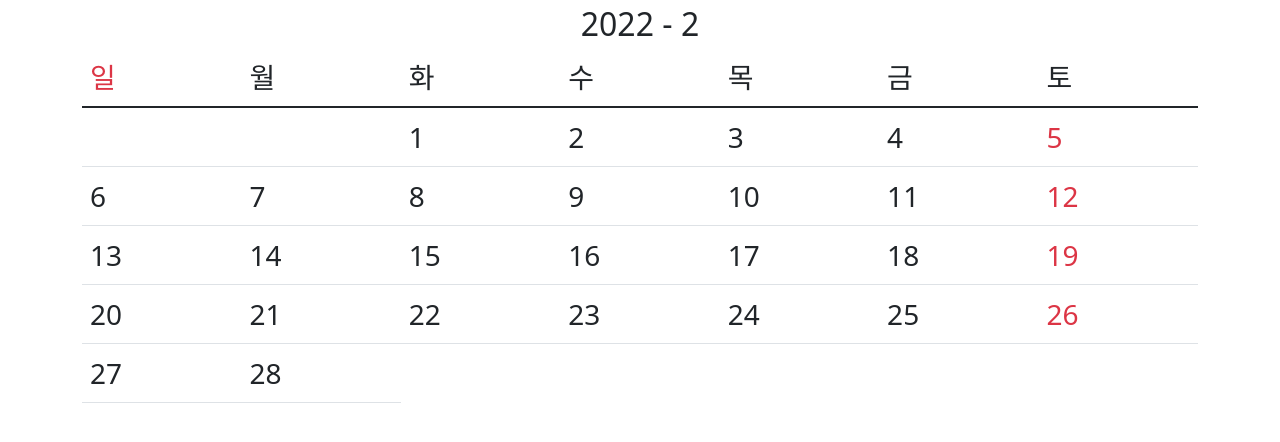
Repository: Visionary1/fullstack-dev-study
Page: http://localhost/Test/lesson02/quiz10.jsp
An editor plug-in stored every save of this project. The page is shown before and after the next save, followed by the edit.
The browser window is 1280 px wide. The pictures show the whole page.
The page is served by Tomcat 9.

Above is the page before, as saved 2022-02-13 18:10:17.

### 4_servlet/workspace/Test/src/main/webapp/lesson02/quiz10.jsp
<%@ page language="java" contentType="text/html; charset=UTF-8" pageEncoding="UTF-8"%>

<%@ page import="java.util.*"%>

<!DOCTYPE html>
<html>
<head>
<meta charset="UTF-8">
<title>Insert title here</title>
<link href="https://cdn.jsdelivr.net/npm/bootstrap@5.1.3/dist/css/bootstrap.min.css" rel="stylesheet">
<script src="https://cdn.jsdelivr.net/npm/bootstrap@5.1.3/dist/js/bootstrap.bundle.min.js"></script>
</head>
<body>

	<%
	Calendar cal = Calendar.getInstance();

	// 월의 첫날
	cal.set(Calendar.DAY_OF_MONTH, 1);

	//그 주의 요일 반환 (일:1 ~ 토:7)
	int week = cal.get(Calendar.DAY_OF_WEEK);

	//몇 주 있는지
	int weekSize = cal.getActualMaximum(Calendar.WEEK_OF_MONTH);

	// 마지막 날짜
	int maximumDays = cal.getActualMaximum(Calendar.DATE);

	HashMap<Integer, String> dayOfWeek = new HashMap<>();
	dayOfWeek.put(1, "일");
	dayOfWeek.put(2, "월");
	dayOfWeek.put(3, "화");
	dayOfWeek.put(4, "수");
	dayOfWeek.put(5, "목");
	dayOfWeek.put(6, "금");
	dayOfWeek.put(7, "토");

	Collection<String> values = dayOfWeek.values();
	%>

	<div class="container">

		<div class="fw-light fs-2 text-center"><%=cal.get(Calendar.YEAR) + " - " + Integer.valueOf(cal.get(Calendar.MONTH) + 1)%></div>

		<table class="table">
			<thead>
				<tr>
					<%
					for (String day : values) {
					%>
					<th class="fw-light fs-3 <%= day.equals("일") ? "text-danger" : "" %>"><%=day%></th>

					<%
					}
					%>
				</tr>
			</thead>
			<tbody>
		<%
		int counter = 1;
		for (int i = 0; i < weekSize; i++) {
		%>
			<tr>
		<%
			for (int j = 1; j < 8; j++) {
				if (counter > maximumDays) {
					break;
				}
		%>
				<td class="fs-3 <%= (i * 7 + j) % 7 == 0 ? "text-danger" : "" %>">
		<%
				/* 월 1일 시작요일 체크 */
				if (week <= (i * 7 + j)) {
		%>
					<%= counter %>
		<%
					counter++;
				}
		%>
				</td>
		<%
			}
		%>
			</tr>
		<%
		}
		%>
			</tbody>
		</table>
	</div>



</body>
</html>

After the next save:
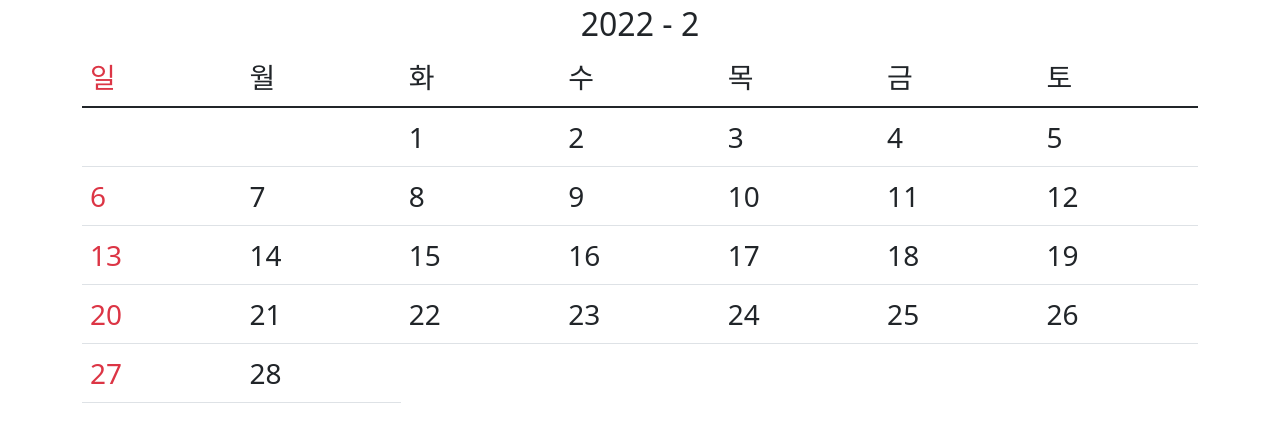
Saved 10 s later.
--- a/4_servlet/workspace/Test/src/main/webapp/lesson02/quiz10.jsp
+++ b/4_servlet/workspace/Test/src/main/webapp/lesson02/quiz10.jsp
@@ -68,7 +68,7 @@
 					break;
 				}
 		%>
-				<td class="fs-3 <%= (i * 7 + j) % 7 == 0 ? "text-danger" : "" %>">
+				<td class="fs-3 <%= (i * 7 + j) % 7 == 1 ? "text-danger" : "" %>">
 		<%
 				/* 월 1일 시작요일 체크 */
 				if (week <= (i * 7 + j)) {
